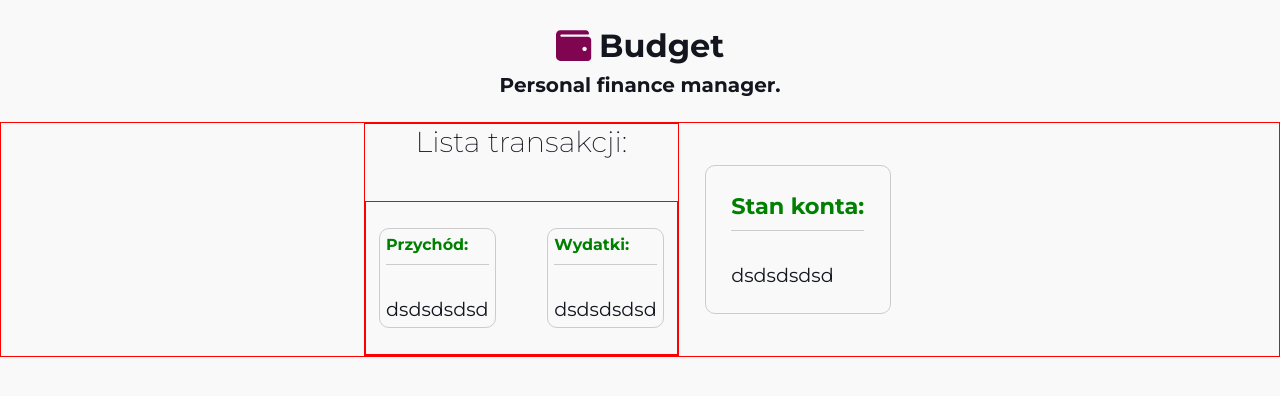
Repository: KrzysKolo/sr_tydzien4_zad4
Page: /
These files come from the project's save history. The page is drawn as it stood at one moment and after the next save; the edit follows.
The browser window is 1280 px wide. The pictures show the whole page.
Some web libraries are served in a nearby version. The project was rebuilt for these pictures with package versions that can differ from the ones it lists, and the page was loaded fresh each time.

Above is the page before, as saved 2020-11-29 14:44:29.

After the next save:
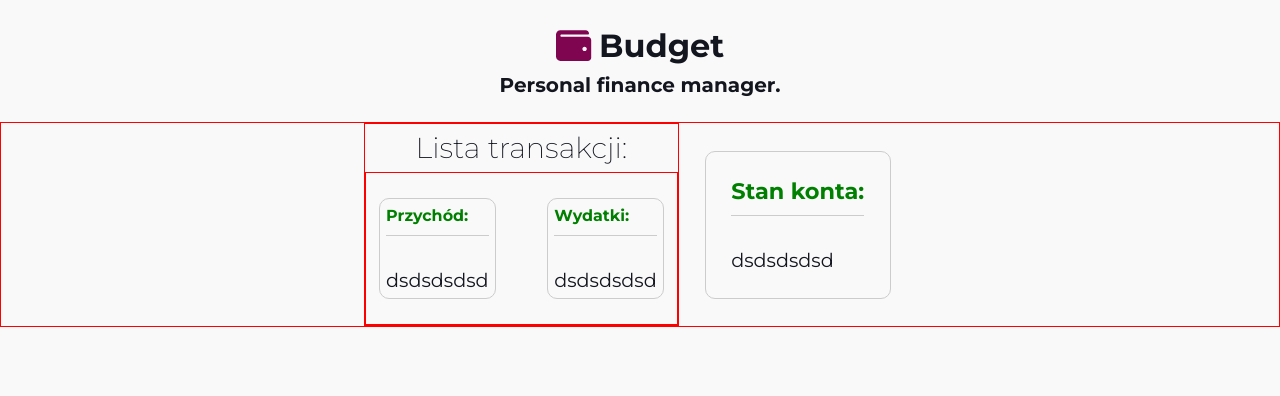
Saved 42 s later.
--- a/src/components/budgetComponents/sectionComponents/H2.js
+++ b/src/components/budgetComponents/sectionComponents/H2.js
@@ -3,8 +3,7 @@ import styled from 'styled-components';
 
 const TitleH2 = styled.h2`
     font-weight: 200;
-    margin-bottom: 2rem;
-    padding-bottom: 10px;
+    margin: 2% auto;
 `;
 
 const H2 = ({title}) => {
